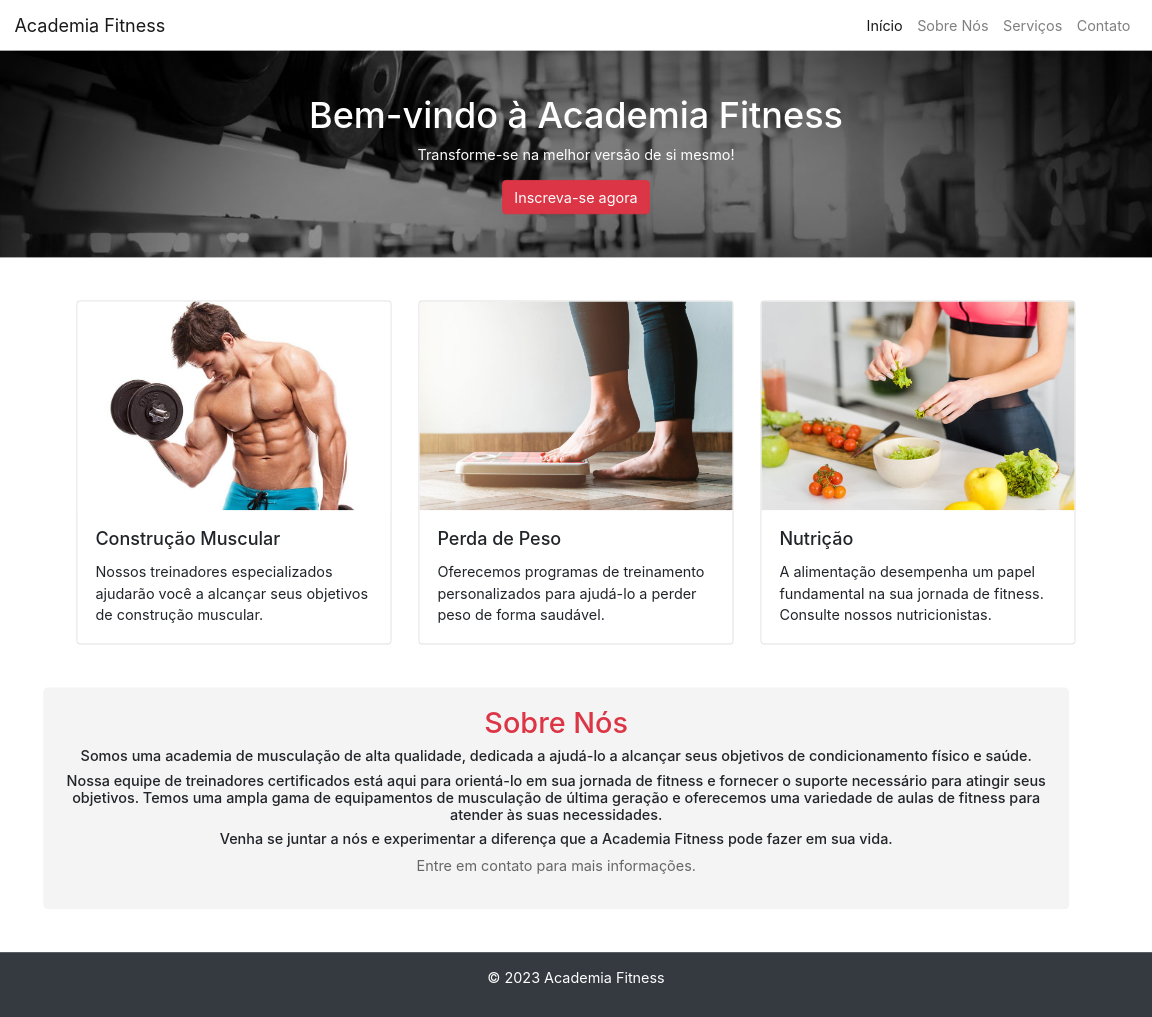
Repository: 01nethy/pratica14
Page: index.html
These files come from the project's save history. The page is drawn as it stood at one moment and after the next save; the edit follows.
The browser window is 1280 px wide. The pictures show the whole page, at 90% of full size.

Above is the page before, as saved 2023-09-08 00:20:45.

### index.html
<!DOCTYPE html>
<html lang="pt-BR">
<head>
    <meta charset="UTF-8">
    <meta name="viewport" content="width=device-width, initial-scale=1.0">
    <title>Academia de Musculação</title>
    <link rel="stylesheet" href="https://stackpath.bootstrapcdn.com/bootstrap/4.5.2/css/bootstrap.min.css">
    <link rel="stylesheet" href="style.css">
</head>
<body>

<!-- Barra de navegação -->
<nav class="navbar navbar-expand-lg navbar-light bg-white">
    <a class="navbar-brand" href="#">Academia Fitness</a>
    <button class="navbar-toggler" type="button" data-toggle="collapse" data-target="#navbarNav" aria-controls="navbarNav" aria-expanded="false" aria-label="Toggle navigation">
        <span class="navbar-toggler-icon"></span>
    </button>
    <div class="collapse navbar-collapse" id="navbarNav">
        <ul class="navbar-nav ml-auto">
            <li class="nav-item active">
                <a class="nav-link" href="#">Início</a>
            </li>
            <li class="nav-item">
                <a class="nav-link" href="#">Sobre Nós</a>
            </li>
            <li class="nav-item">
                <a class="nav-link" href="#">Serviços</a>
            </li>
            <li class="nav-item">
                <a class="nav-link" href="#">Contato</a>
            </li>
        </ul>
    </div>
</nav>

<!-- Cabeçalho -->
<header id="fundo" class="py-5 text-center">
    <h1>Bem-vindo à Academia Fitness</h1>
    <p>Transforme-se na melhor versão de si mesmo!</p>
    <a class="btn btn-danger" href="#">Inscreva-se agora</a>
</header>

<!-- Seção de Destaque -->
<section class="container my-5">
    <div class="row">
        <div class="col-md-4">
            <div class="card">
                <img src="massa.jpg" class="card-img-top" alt="Ganho de Massa">
                <div class="card-body">
                    <h5 class="card-title">Construção Muscular</h5>
                    <p class="card-text">Nossos treinadores especializados ajudarão você a alcançar seus objetivos de construção muscular.</p>
                </div>
            </div>
        </div>
        <div class="col-md-4">
            <div class="card">
                <img src="peso.jpeg" class="card-img-top" alt="Perda de Peso">
                <div class="card-body">
                    <h5 class="card-title">Perda de Peso</h5>
                    <p class="card-text">Oferecemos programas de treinamento personalizados para ajudá-lo a perder peso de forma saudável.</p>
                </div>
            </div>
        </div>
        <div class="col-md-4">
            <div class="card">
                <img src="nutricao.jpg" class="card-img-top" alt="Nutrição">
                <div class="card-body">
                    <h5 class="card-title">Nutrição</h5>
                    <p class="card-text">A alimentação desempenha um papel fundamental na sua jornada de fitness. Consulte nossos nutricionistas.</p>
                </div>
            </div>
        </div>
    </div>
</section>

<div class="container m-5 info">
    <h2 class="text-danger">Sobre Nós</h2>
    <h6>Somos uma academia de musculação de alta qualidade, dedicada a ajudá-lo a alcançar seus objetivos de condicionamento físico e saúde.</h6>
    <h6>Nossa equipe de treinadores certificados está aqui para orientá-lo em sua jornada de fitness e fornecer o suporte necessário para atingir seus objetivos. Temos uma ampla gama de equipamentos de musculação de última geração e oferecemos uma variedade de aulas de fitness para atender às suas necessidades.</h6>
    <h6>Venha se juntar a nós e experimentar a diferença que a Academia Fitness pode fazer em sua vida.</h6>
    <p>Entre em contato para mais informações.</p>
</div>

<!-- Rodapé -->
<footer class="bg-dark text-white text-center py-3">
    <p>&copy; 2023 Academia Fitness</p>
</footer>


</body>
</html>

### style.css
#fundo{

    background: url(background2.jpg) top left;
    background-size: cover;

}

header{
    color: white;
}

.info {
    background-color: #f4f4f4;
    padding: 20px;
    border-radius: 5px;
    margin-top: 20px;
    text-align: center;
}

.info p {
    font-size: 16px;
    color: #666;
}

After the next save:
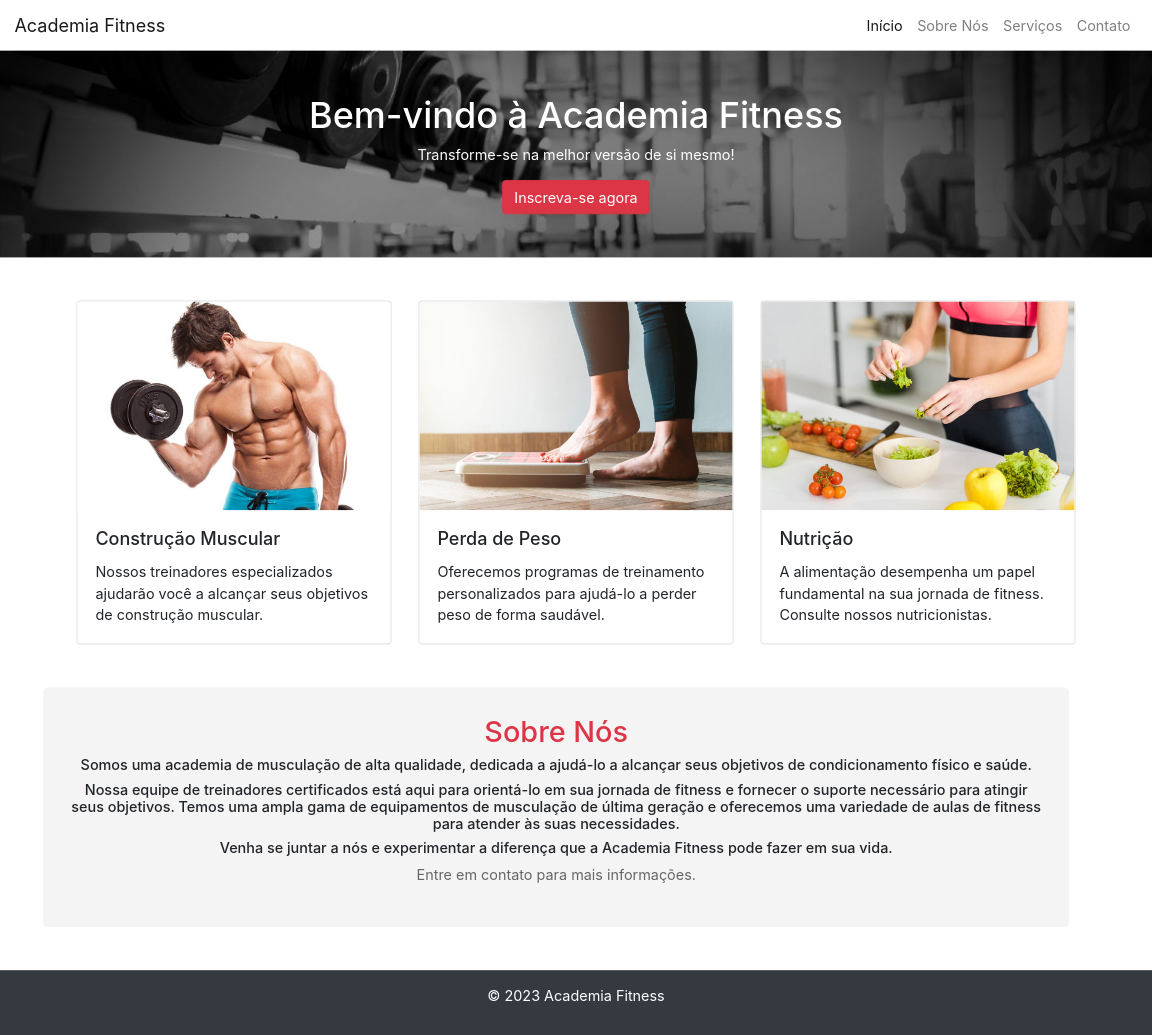
Saved 54 s later.
--- a/style.css
+++ b/style.css
@@ -11,9 +11,8 @@ header{
 
 .info {
     background-color: #f4f4f4;
-    padding: 20px;
+    padding: 30px;
     border-radius: 5px;
-    margin-top: 20px;
     text-align: center;
 }
 
